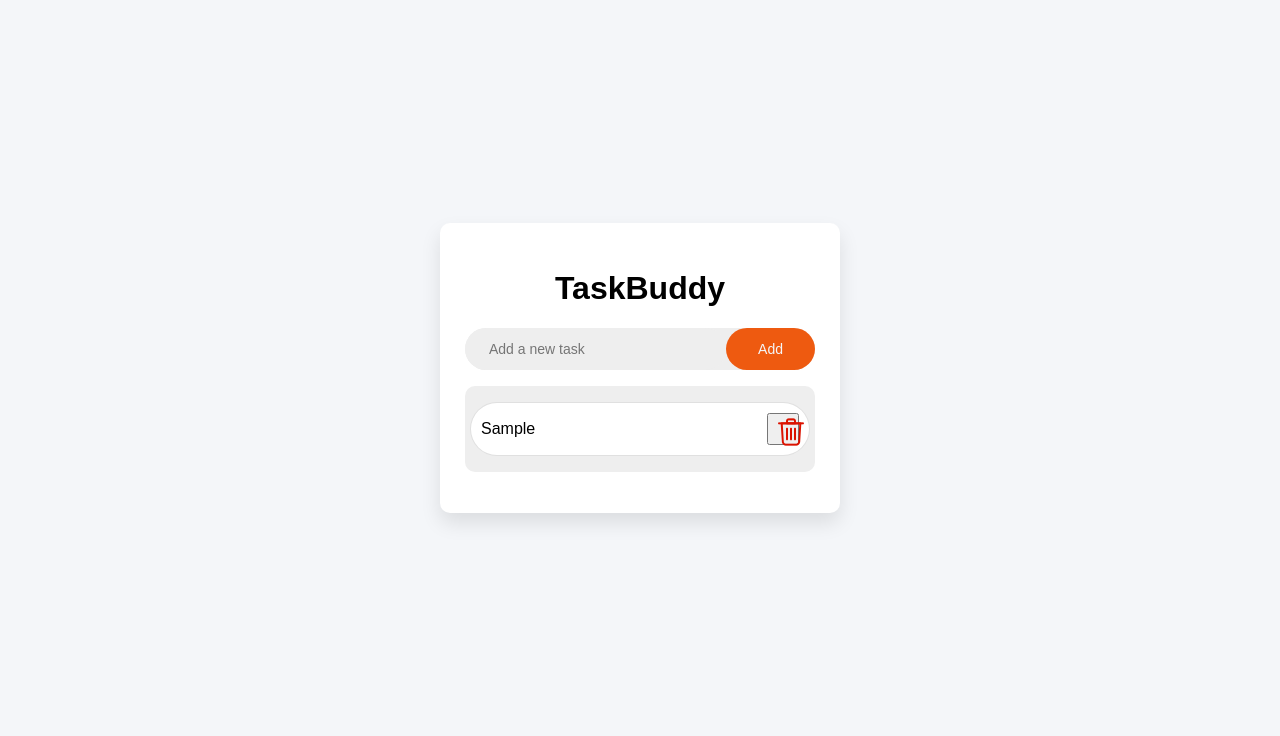
Repository: yogeshnandwani/taskbuddy-todo
Page: index.html
The author's editor kept a copy of each file at every save. The page is drawn from the files as they stood at one save, then again after the next save.
The browser window is 1280 px wide. The pictures show the whole page.
Empty fields were first filled with sample values (such as "Sample", 5 or name@example.com).
After loading, the first visible `#addBtn` was clicked once.

Above is the page before, as saved 2026-03-16 18:14:07.

### index.html
<!DOCTYPE html>
<html lang="en">
<head>
<meta charset="UTF-8">
<title>TaskBuddy</title>
<link rel="stylesheet" href="css/style.css">
</head>

<body>

<div class="app">

<h1>TaskBuddy</h1>

<div class="task-input">
<input type="text" id="taskInput" placeholder="Add a new task">
<button id="addBtn">Add</button>
</div>

<ul id="taskList"></ul>

</div>

<script src="js/script.js"></script>

</body>
</html>

### css/style.css
body{
    font-family: Arial, sans-serif;
    background:#f4f6f9;
    display:flex;
    justify-content:center;
    align-items:center;
    height:100vh;
}

.app{
    background:white;
    padding:25px;
    border-radius:10px;
    width:350px;
    box-shadow:0 10px 20px rgba(0,0,0,0.1);
}

h1{
    text-align:center;
}

.task-input{
    display:flex;
    border-radius: 50px;
    background-color: #eee;
}

input{
    flex:1;
    padding:8px;
    border: none;
    border-radius: 50px;
    padding: 0.8rem 1.5rem;
    background-color: #eee;
    font-size: 14px;
}

input:focus{
    outline: none;
}

#addBtn{
    padding:0.8rem 2rem;
    border: none;
    border-radius: 50px;
    background-color: #ee5a10;
    color: #f4f6f9;
    cursor:pointer;
    font-size: 14px;
}

ul{
    background-color: #eee;
    border-radius: 10px;
    display: flex;
    padding: 1rem;
    gap: 10px;
    flex-direction: column;
    justify-content: center;
    align-items: center;
}

li{
    background:#fff;
    display: flex;
    align-items: center;
    padding: 10px;
    justify-content: space-between;
    border: 1px solid #0000001f;
    border-radius: 50px;
    width: 100%;
    display:flex;
    justify-content:space-between;
}

li .delete{
    width: 2rem;
    height: 2rem;
}

### js/script.js
const input = document.getElementById("taskInput")
const addBtn = document.getElementById("addBtn")
const list = document.getElementById("taskList")

addBtn.addEventListener("click", addTask)

function addTask(){
    const taskText = input.value.trim()

    if(taskText === "") return

    const li = document.createElement("li")

    li.innerHTML = `
    <span>${taskText}</span>
    <button class="delete"><img src="images/delete.png" alt="Delete icon"></button>
    `

    list.appendChild(li)

    input.value=""
}

After the next save:
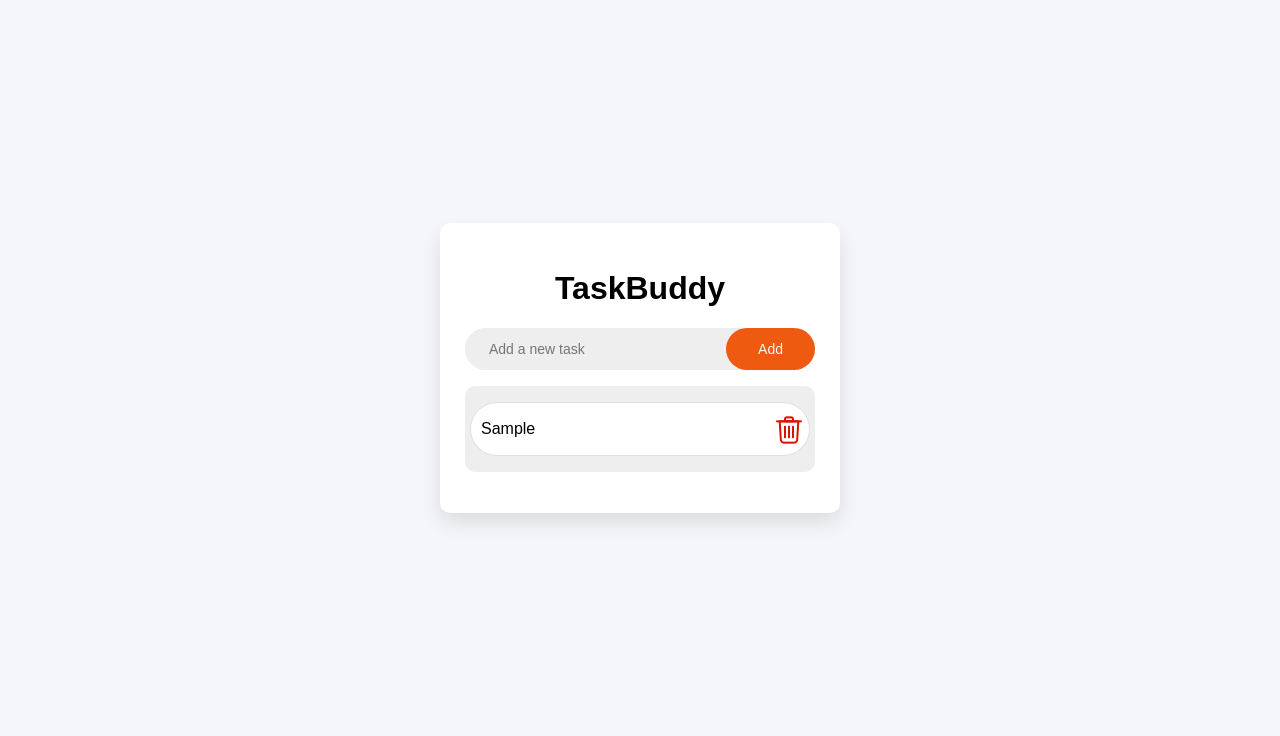
Saved 19 s later.
--- a/css/style.css
+++ b/css/style.css
@@ -76,4 +76,6 @@ li{
 li .delete{
     width: 2rem;
     height: 2rem;
+    background: transparent;
+    border: none;
 }
